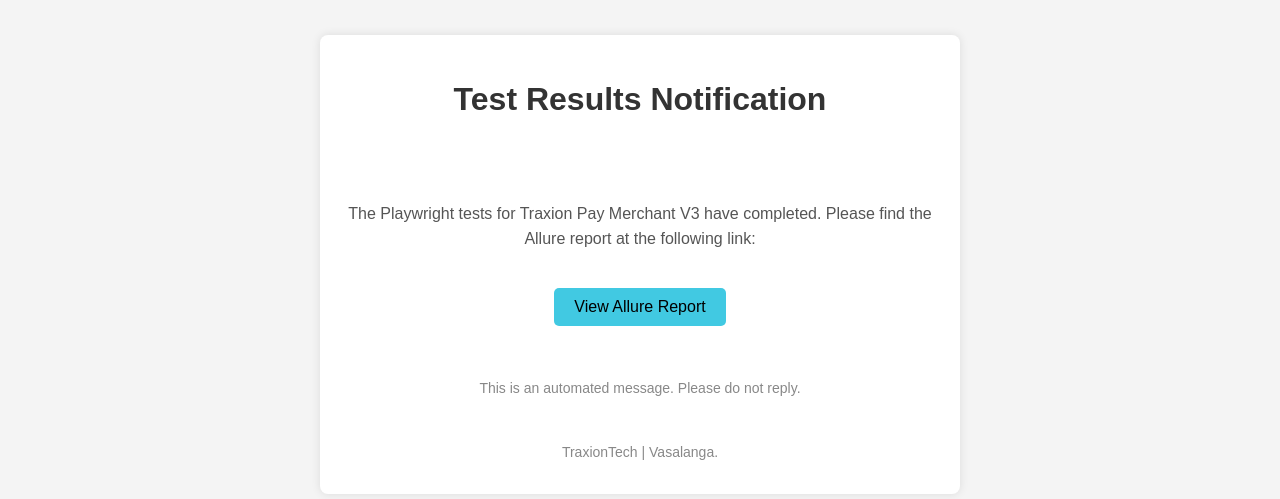
Repository: jmendozaqa24/TraxionPay-V3
Page: template.html
These files come from the project's save history. The page is drawn as it stood at one moment and after the next save; the edit follows.
The browser window is 1280 px wide. The pictures show the whole page.

Above is the page before, as saved 2025-01-31 10:02:11.

After the next save:
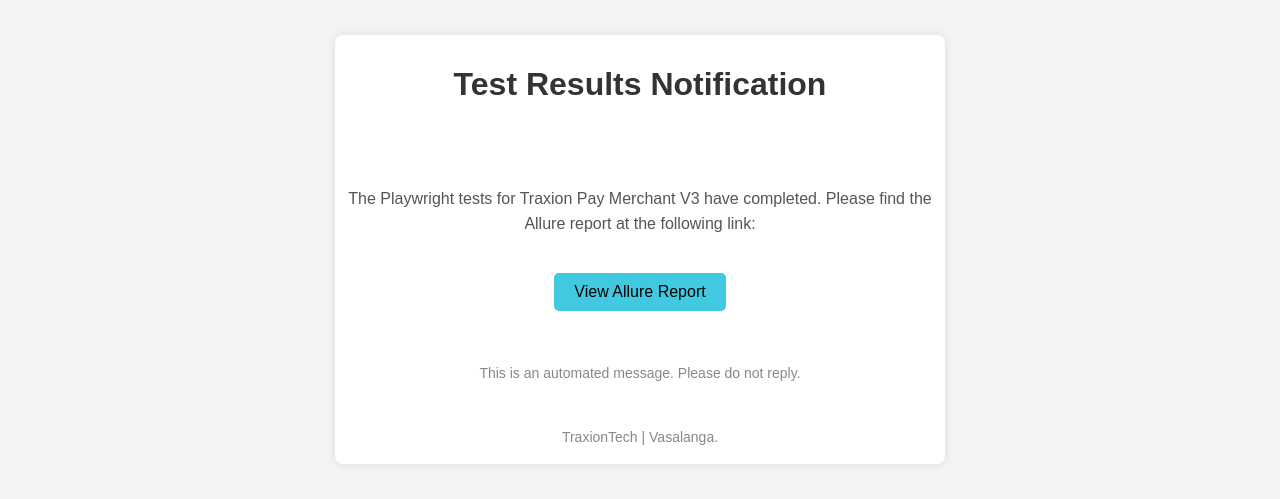
Saved 5 s later.
--- a/template.html
+++ b/template.html
@@ -6,7 +6,7 @@
                 <title>Test Results Notification</title>
             </head>
             <body style="font-family: Arial, sans-serif; background-color: #f4f4f4; margin: 5px 0; padding: 10px 0;">
-                <div style="max-width: 600px; margin: 20px auto; background-color: #ffffff; padding: 20px; border-radius: 8px; box-shadow: 0 0 10px rgba(0, 0, 0, 0.1);">
+                <div style="max-width: 600px; margin: 20px auto; background-color: #ffffff; padding: 5px; border-radius: 8px; box-shadow: 0 0 10px rgba(0, 0, 0, 0.1);">
                     <div style="text-align: center; padding-bottom: 20px;">
                         <h1 style="color: #333333; margin: 5; padding: 5px 0; ">Test Results Notification</h1>
                     </div>
